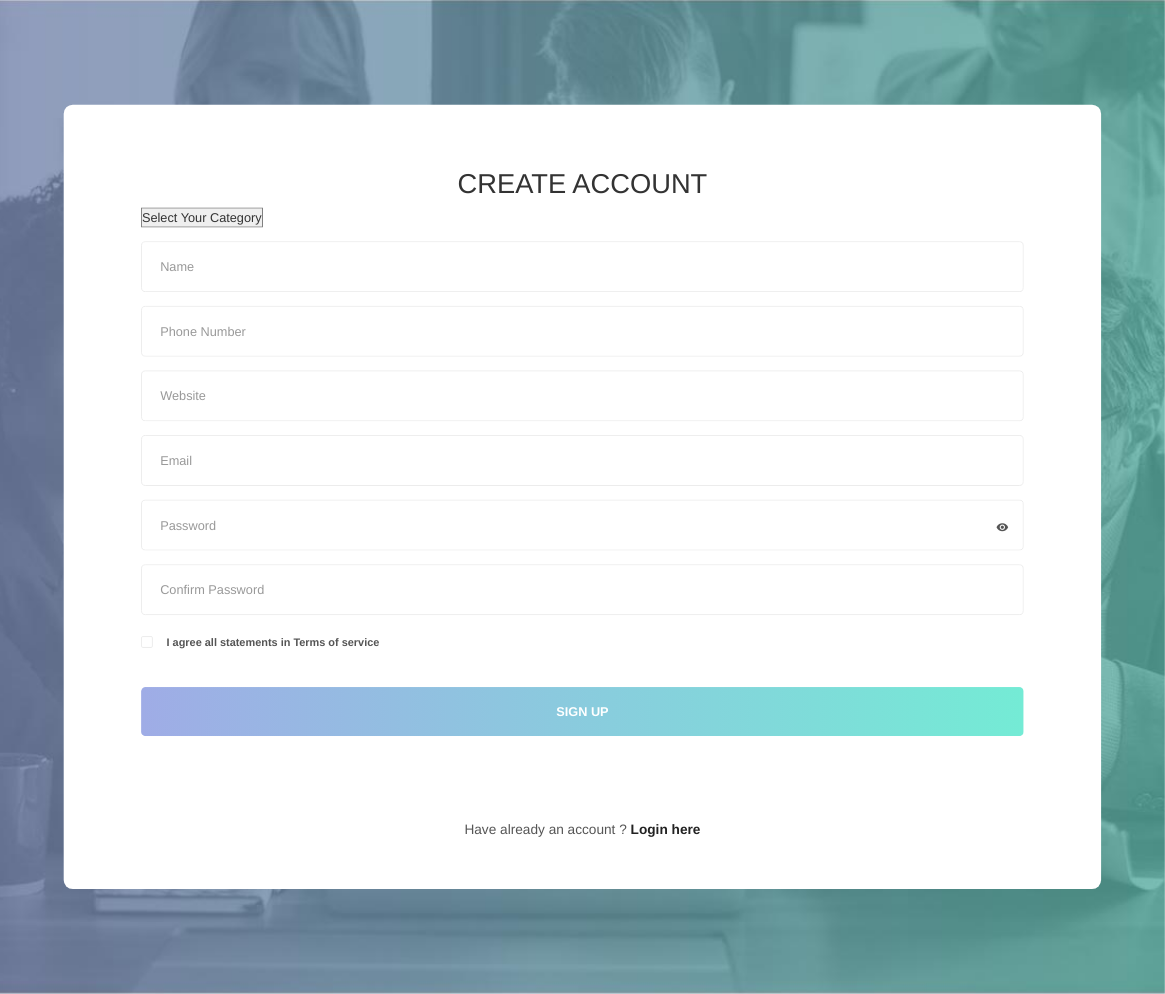
Repository: zainbt/Career_Bridge
Page: static/register/register.html
The author's editor kept a copy of each file at every save. The page is drawn from the files as they stood at one save, then again after the next save.
The browser window is 1280 px wide. The pictures show the whole page, at 91% of full size.

Above is the page before, as saved 2019-11-18 18:06:54.

After the next save:
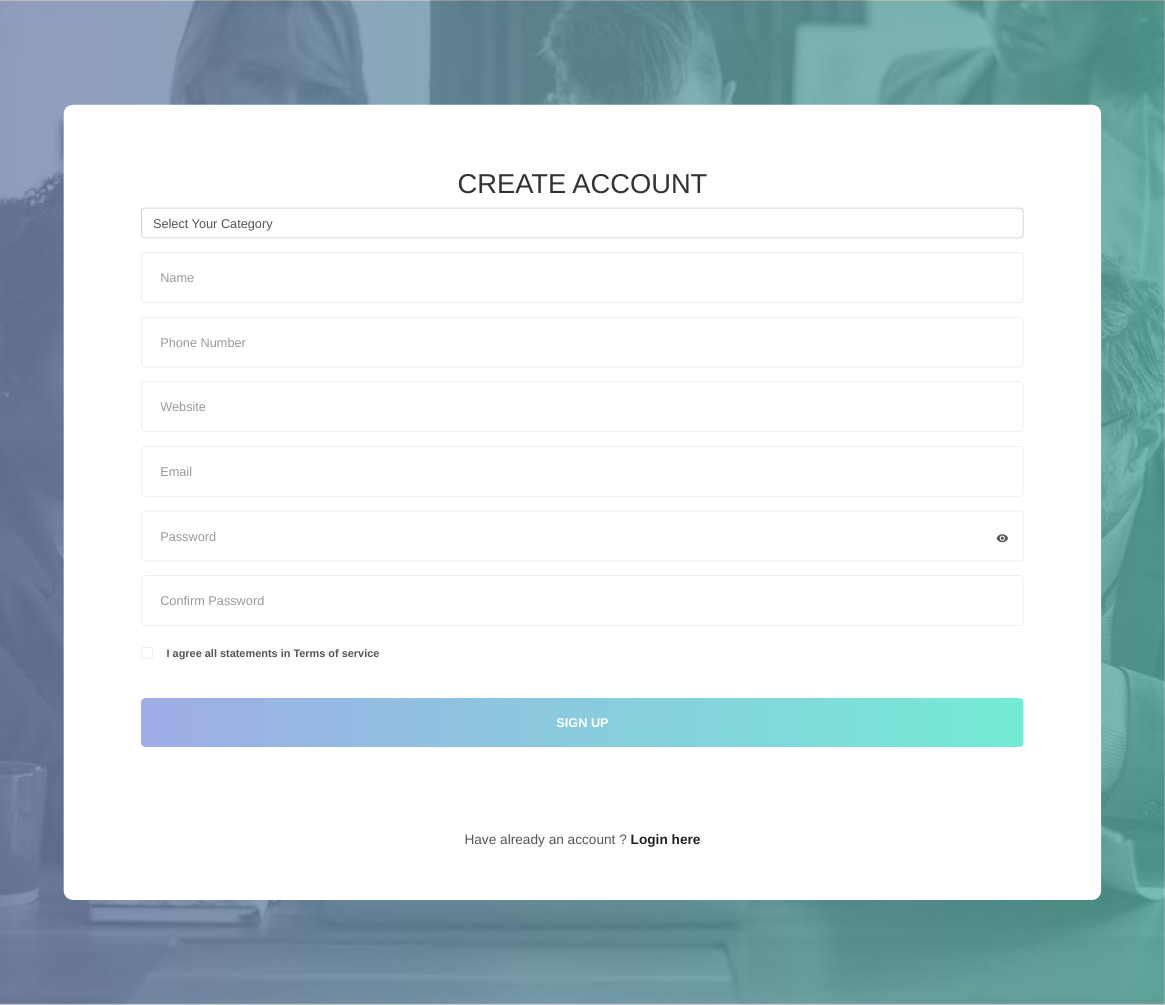
Saved 2 min 29 s later.
--- a/static/register/register.html
+++ b/static/register/register.html
@@ -27,7 +27,7 @@
                     <form method="POST" id="signup-form" class="signup-form">
                         <h2 class="form-title">Create account</h2>
                         <div class="form-group">
-                            <select>
+                            <select class="form-control">
                                 <option>Select Your Category</option>
                                 <option>Company</option>
                                 <option>University</option>
